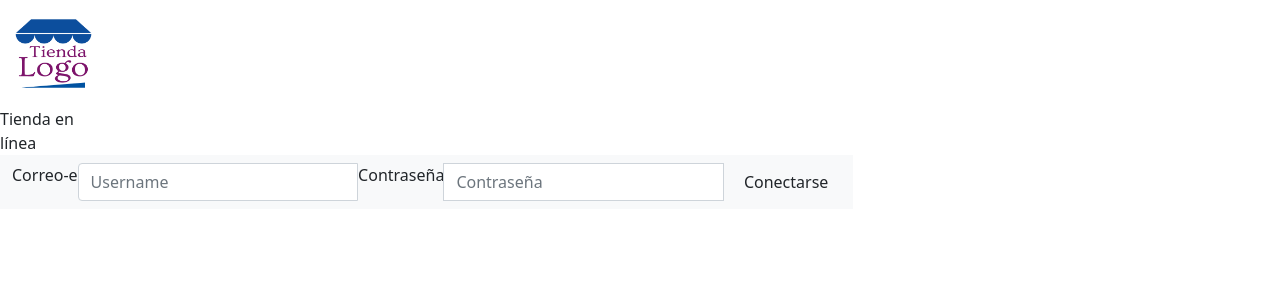
Repository: nicorp00/bootstrapSass
Page: Main/index.html
An editor plug-in stored every save of this project. The page is shown before and after the next save, followed by the edit.
The browser window is 1280 px wide. The pictures show the whole page.
The style sheet was rebuilt from its Sass, Less or Tailwind sources for each picture, by a compiler version that may differ from the author's.

Above is the page before, as saved 2022-03-25 11:01:18.

### Main/index.html
<!DOCTYPE html>
<html lang="en">
<head>
    <meta charset="UTF-8">
    <meta http-equiv="X-UA-Compatible" content="IE=edge">
    <meta name="viewport" content="width=device-width, initial-scale=1.0">
    <title>Document</title>
    <link rel="stylesheet" href="css/style.css">
    <link rel="stylesheet" href="css/bootstrap.min.css">
</head>
<body>
    <section class="section__top">
        <div class="col-1">
            <img src="img/logo.png" class="img-fluid" alt="...">
            <span>Tienda en línea</span>
        </div>
        <div class="top-nav">
            <nav class="navbar navbar-light bg-light col-8">
                <form class="container-fluid">
                  <div class="input-group">
                    <!--<span class="input-group-text" id="basic-addon1">@</span>-->
                    Correo-e<input type="text" class="form-control" placeholder="Username" aria-label="Correo@" aria-describedby="basic-addon1">
                    Contraseña<input class="form-control me-2" type="search" placeholder="Contraseña" aria-label="Search">
                    <button class="btn btn-outline" type="submit">Conectarse</button>
                  </div>
                </form>
              </nav>
        </div>
    </section>
    <script src="js/bootstrap.min.js"></script>
</body>
</html>

### Main/scss/style.scss
@use 'section__top';

### Main/scss/_section__top.scss
.section__top{
    .top-av{
        background-color: red;
    }
}

Loaded but not shown: Main/css/bootstrap.min.css (library); Main/js/bootstrap.min.js (library)

After the next save:
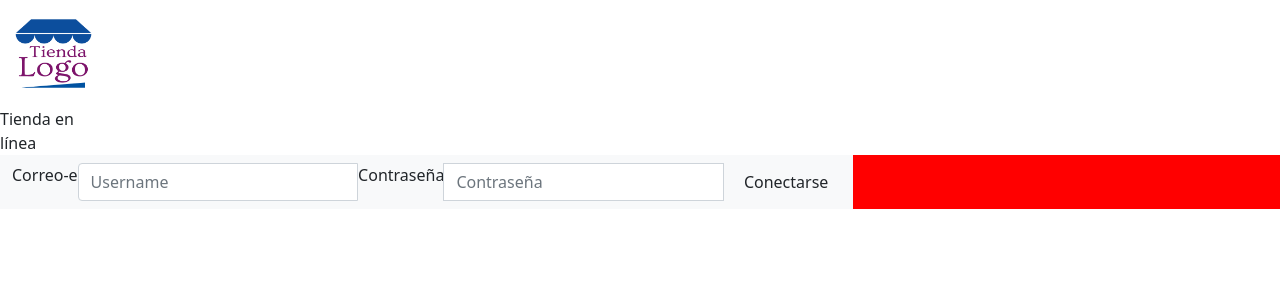
Saved 18 s later.
--- a/Main/scss/_section__top.scss
+++ b/Main/scss/_section__top.scss
@@ -1,5 +1,5 @@
 .section__top{
-    .top-av{
+    .top-nav{
         background-color: red;
     }
 }
